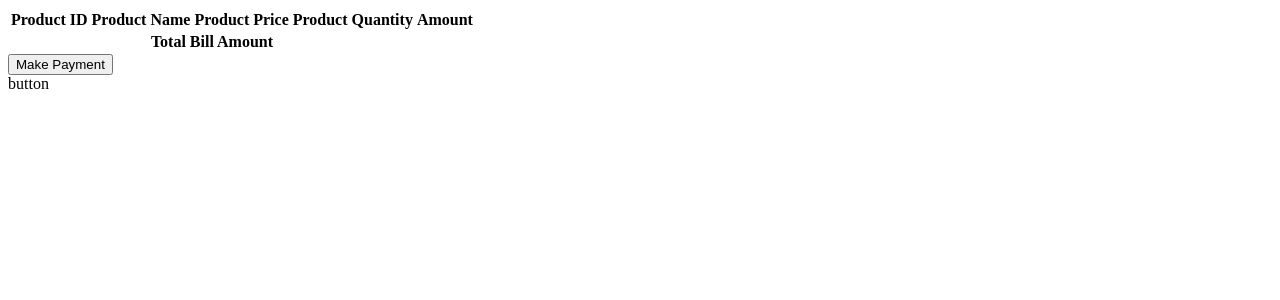
Repository: devgpta19/CDAC-Assignments
Page: http://localhost/ProductsAndUsersUsingJSPAndServlet/cart.jsp
The author's editor kept a copy of each file at every save. The page is drawn from the files as they stood at one save, then again after the next save.
The browser window is 1280 px wide. The pictures show the whole page.
The page is served by Tomcat 9.

Above is the page before, as saved 2025-11-27 05:39:30.

After the next save:
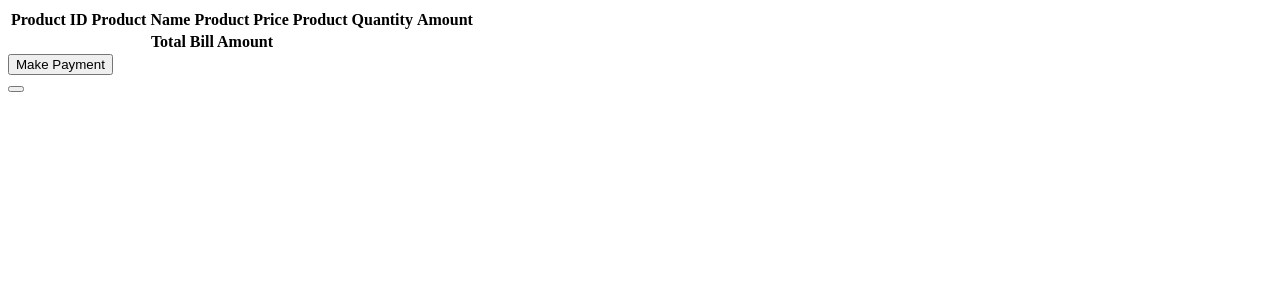
Saved 6 s later.
--- a/Adv.Java/Day6-8/ProductsAndUsersUsingJSPAndServlet/src/main/webapp/cart.jsp
+++ b/Adv.Java/Day6-8/ProductsAndUsersUsingJSPAndServlet/src/main/webapp/cart.jsp
@@ -42,6 +42,7 @@
 	</form>
 
 	<form action="Category">
-	button<a></a></form>
+	<button></button>
+	</form>
 </body>
 </html>
